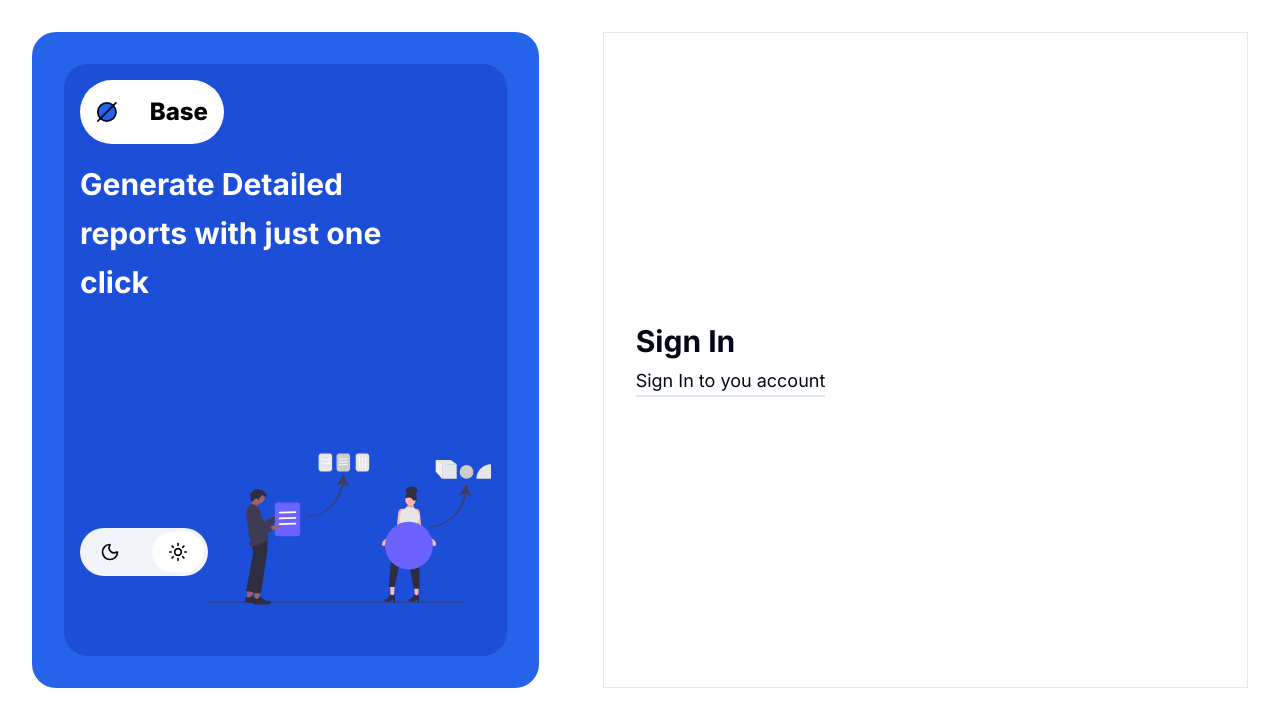
Repository: Hardyy00/openinapp_assignment
Page: /
These files come from the project's save history. The page is drawn as it stood at one moment and after the next save; the edit follows.
The browser window is 1280 px wide. The pictures show the whole page.
The project was rebuilt for these pictures with package versions that can differ from the ones it lists, and the page was loaded fresh each time. The framework's server and built-in components were replaced by stand-ins that run in the browser. Also part of the build but not shown: next.config.mjs.

Above is the page before, as saved 2024-08-23 16:20:31.

After the next save:
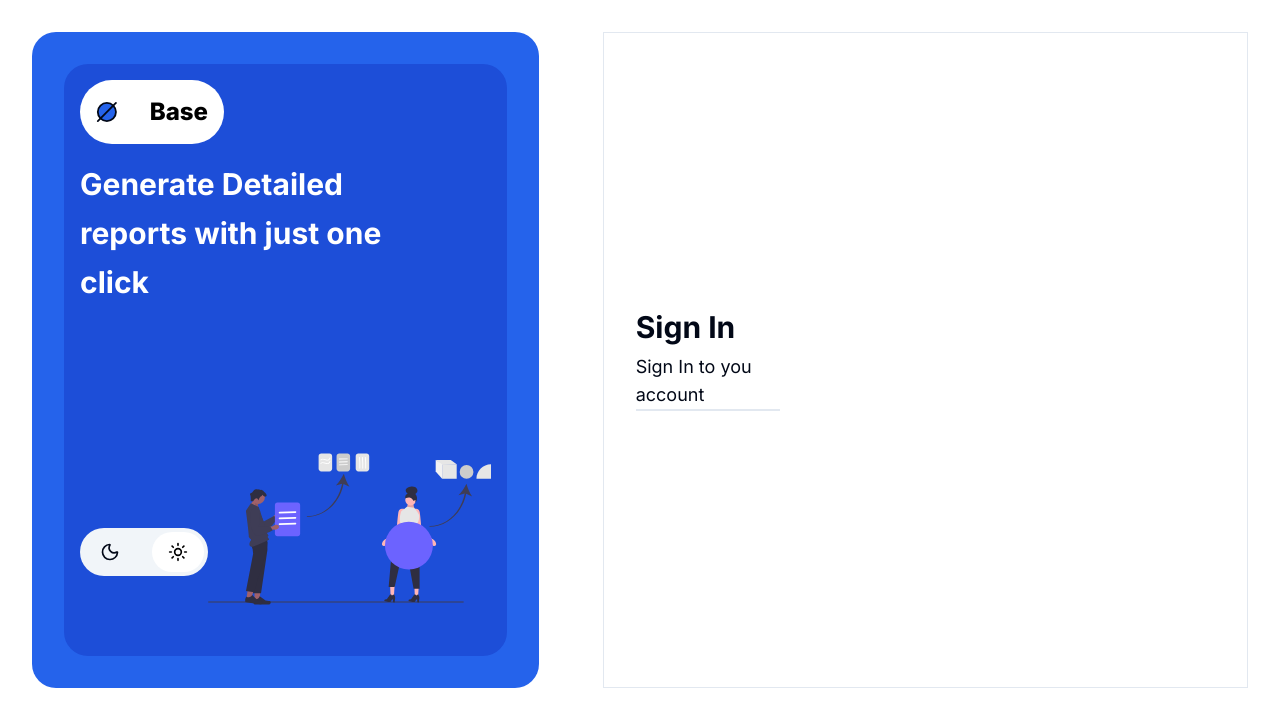
Saved 22 s later.
--- a/app/(auth)/page.tsx
+++ b/app/(auth)/page.tsx
@@ -2,7 +2,7 @@ export default function Page() {
   return (
     <div className="h-full p-8">
       <div className="p-8 border h-full flex items-center">
-        <div className="flex flex-col gap-x-4">
+        <div className="flex flex-col gap-x-4 w-36">
           <div className="space-y-2">
             <h1 className="text-foreground font-bold text-3xl">Sign In</h1>
             <p className="text-lg">Sign In to you account</p>
